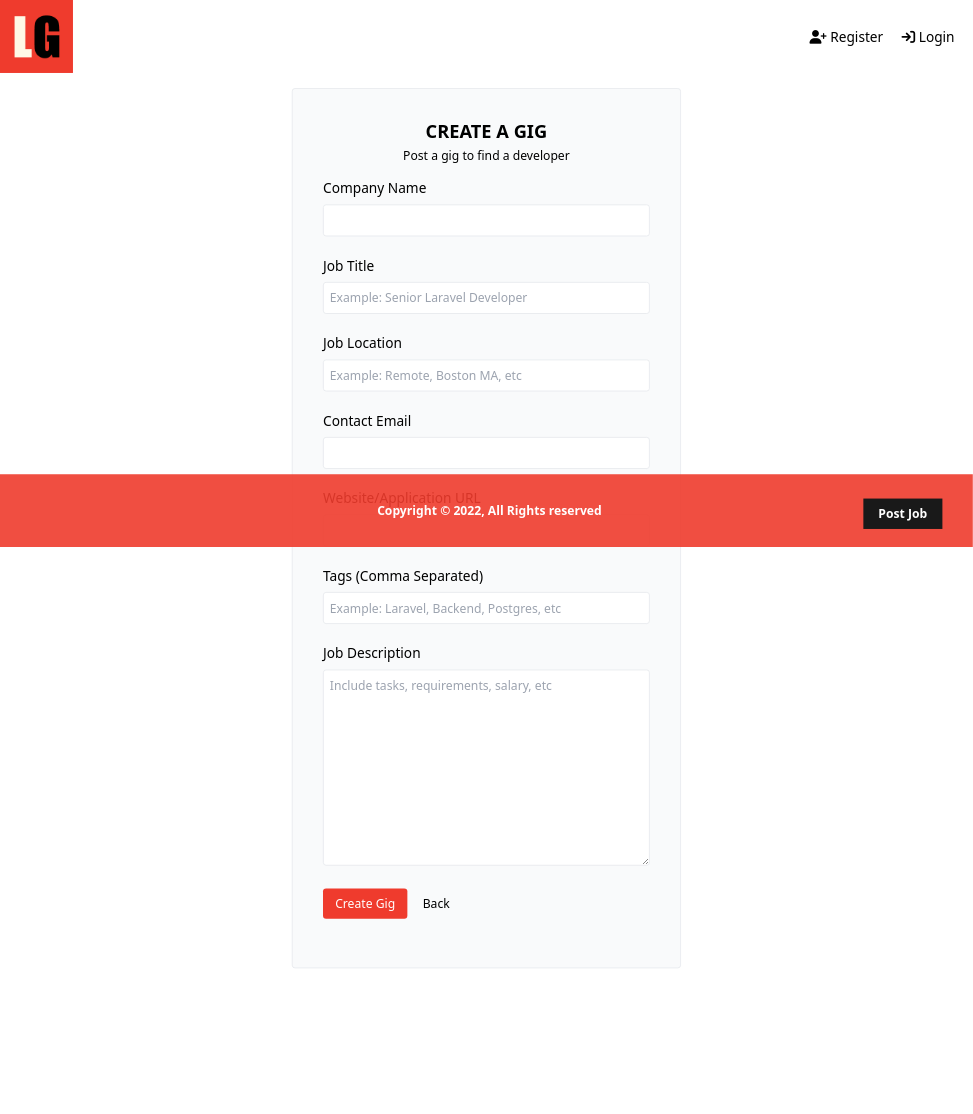
Repository: harvir619/jobListingLaravelWebsite
Page: http://localhost/listings/create
An editor plug-in stored every save of this project. The page is shown before and after the next save, followed by the edit.
The browser window is 1280 px wide. The pictures show the whole page, at 76% of full size.
Some web libraries are served in a nearby version. The page is served by the project's Laravel application, run on PHP 8.4 with Laravel 9. Other server files are loaded and not shown.

Above is the page before, as saved 2022-07-21 11:55:38.

### app/Providers/AppServiceProvider.php
<?php

namespace App\Providers;

use Illuminate\Database\Eloquent\Model;
use Illuminate\Support\ServiceProvider;

class AppServiceProvider extends ServiceProvider
{
    /**
     * Register any application services.
     *
     * @return void
     */
    public function register()
    {
        //
    }

    /**
     * Bootstrap any application services.
     *
     * @return void
     */
    public function boot()
    {
        Model::unguard();
    }
}

### routes/web.php
<?php

use App\Http\Controllers\ListingController;
use Illuminate\Http\Request;
use Illuminate\Support\Facades\Route;

/*
|--------------------------------------------------------------------------
| Web Routes
|--------------------------------------------------------------------------
|
| Here is where you can register web routes for your application. These
| routes are loaded by the RouteServiceProvider within a group which
| contains the "web" middleware group. Now create something great!
|
*/
//ALL Listings
Route::get('/', [ListingController::class,'index'] );


//Show Create Form
Route::get('/listings/create',[ListingController::class,'create']);

//Store Listing Data
Route::post('/listings',[ListingController::class,'store']);

//Single Listing
Route::get('/listings/{listing}',[ListingController::class,'show']);













// Route::get("/hello",function(){
//     return response('<h1>Hello</h1>',200)
//     ->header('Content-Type','text/plain')
//     ->header('foo','bar');
// });

// Route::get("/posts/{id}",function($id){
//     ddd($id);
//     return response('Post'.$id);
// })->where('id','[0-9]+');

// Route::get('/search',function(Request $request){
//     dd($request->name.'   '.$request->city);
// });



// Route::get('/listings/{id}',function($id){
//     $listing =ModelsListing::find($id);
//     if($listing){
//         return view('listing',['listing'=>$listing,]);
//     } else{ abort('404'); }});

### app/Http/Controllers/ListingController.php
<?php

namespace App\Http\Controllers;

use App\Models\Listing;
use Illuminate\Http\Request;
use Illuminate\Validation\Rule;

class ListingController extends Controller
{
    //Get and Show All Listings
    public function index()
    {
        //dd(request('tag'));
        return view(
            'listings.index',
            [
                'heading' => 'Latest Gigs',
                'listings' => Listing::latest()->filter(request(['tag', 'search']))->paginate(6),

            ]
        );
    }
    //Show Single Listing
    public function show(Listing $listing)
    {
        return view('listings.show', ['listing' => $listing,]);
    }


    //Show Create Form
    public function create()
    {
        return view('listings.create');
    }

    //Store Form Listing Data
    public function store(Request $request)
    {
        $formFields = $request->validate([
            'title' => 'required',
            'company' => ['required', Rule::unique('listings', 'company')],
            'location' => 'required',
            'website' => 'required',
            'email' => ['required', 'email'],
            'tags' => 'required',
            'description' => 'required'

        ]);

        Listing::create($formFields);


        return redirect('/')->with('message', 'Listing created Successfully!');
    }
}

### resources/views/listings/create.blade.php
@extends('components.layout')

@section('content')
<div class="bg-gray-50 border border-gray-200 p-10 rounded max-w-lg mx-auto mt-5">
    <header class="text-center">
        <h2 class="text-2xl font-bold uppercase mb-1">
            Create a Gig
        </h2>
        <p class="mb-4">Post a gig to find a developer</p>
    </header>

    <form method="POST" action="/listings">
        @csrf
        <div class="mb-6">
            <label for="company" class="inline-block text-lg mb-2">Company Name</label>
            <input type="text" class="border border-gray-200 rounded p-2 w-full" name="company" value="{{ old('company') }}" />


       @error('company')
       <p class="text-red-500 text-xs mt-1">{{ $message }}</p>
       @enderror
        </div>

        <div class="mb-6">
            <label for="title" class="inline-block text-lg mb-2">Job Title</label>
            <input type="text" class="border border-gray-200 rounded p-2 w-full" name="title" value="{{ old('title') }}"
                placeholder="Example: Senior Laravel Developer" />
                @error('title')
                <p class="text-red-500 text-xs mt-1">{{ $message }}</p>
                @enderror
        </div>

        <div class="mb-6">
            <label for="location" class="inline-block text-lg mb-2">Job Location</label>
            <input type="text" class="border border-gray-200 rounded p-2 w-full" name="location" value="{{ old('location') }}"
                placeholder="Example: Remote, Boston MA, etc" />
                @error('location')
                <p class="text-red-500 text-xs mt-1">{{ $message }}</p>
                @enderror
        </div>

        <div class="mb-6">
            <label for="email" class="inline-block text-lg mb-2">Contact Email</label>
            <input type="text" class="border border-gray-200 rounded p-2 w-full" name="email" value="{{ old('email') }}" />
            @error('email')
            <p class="text-red-500 text-xs mt-1">{{ $message }}</p>
            @enderror

        </div>

        <div class="mb-6">
            <label for="website" class="inline-block text-lg mb-2">
                Website/Application URL
            </label>
            <input type="text" class="border border-gray-200 rounded p-2 w-full" name="website" value="{{ old('website') }}" />
            @error('website')
            <p class="text-red-500 text-xs mt-1">{{ $message }}</p>
            @enderror
        </div>

        <div class="mb-6">
            <label for="tags" class="inline-block text-lg mb-2">
                Tags (Comma Separated)
            </label>
            <input type="text" class="border border-gray-200 rounded p-2 w-full" name="tags" value="{{ old('tags') }}"
                placeholder="Example: Laravel, Backend, Postgres, etc" />
                @error('tags')
                <p class="text-red-500 text-xs mt-1">{{ $message }}</p>
                @enderror
        </div>

        {{-- <div class="mb-6">
            <label for="logo" class="inline-block text-lg mb-2">
                Company Logo
            </label>
            <input type="file" class="border border-gray-200 rounded p-2 w-full" name="logo" value="{{ old('logo') }}" />
        </div> --}}

        <div class="mb-6">
            <label for="description" class="inline-block text-lg mb-2">
                Job Description
            </label>
            <textarea class="border border-gray-200 rounded p-2 w-full" name="description" rows="10" value="{{ old('description') }}"
                placeholder="Include tasks, requirements, salary, etc"></textarea>
                @error('description')
                <p class="text-red-500 text-xs mt-1">{{ $message }}</p>
                @enderror
        </div>

        <div class="mb-6">
            <button class="bg-laravel text-white rounded py-2 px-4 hover:bg-black">
                Create Gig
            </button>

            <a href="/" class="text-black ml-4"> Back </a>
        </div>
    </form>
</div>

@endsection

### resources/views/components/layout.blade.php
<!DOCTYPE html>
<html lang="en">
    <head>
        <meta charset="UTF-8" />
        <meta http-equiv="X-UA-Compatible" content="IE=edge" />
        <meta name="viewport" content="width=device-width, initial-scale=1.0" />
        <link rel="icon" href="images/favicon.ico" />
        <script src="//unpkg.com/alpinejs" defer></script>

        <link
            rel="stylesheet"
            href="https://cdnjs.cloudflare.com/ajax/libs/font-awesome/6.1.1/css/all.min.css"
            integrity="sha512-KfkfwYDsLkIlwQp6LFnl8zNdLGxu9YAA1QvwINks4PhcElQSvqcyVLLD9aMhXd13uQjoXtEKNosOWaZqXgel0g=="
            crossorigin="anonymous"
            referrerpolicy="no-referrer"
        />
        <script src="https://cdn.tailwindcss.com"></script>
        <script>
            tailwind.config = {
                theme: {
                    extend: {
                        colors: {
                            laravel: "#ef3b2d",
                        },
                    },
                },
            };
        </script>
        <title>LaraGigs | Find Laravel Jobs & Projects</title>
    </head>
    <body class="mb-48">
        <nav class="flex justify-between items-center mb-4">
            <a href="/"
                ><img class="w-24" src="{{ asset('images/logo.png') }}" alt="" class="logo"
            /></a>
            <ul class="flex space-x-6 mr-6 text-lg">
                <li>
                    <a href="register.html" class="hover:text-laravel"
                        ><i class="fa-solid fa-user-plus"></i> Register</a
                    >
                </li>
                <li>
                    <a href="login.html" class="hover:text-laravel"
                        ><i class="fa-solid fa-arrow-right-to-bracket"></i>
                        Login</a
                    >
                </li>
            </ul>
        </nav>
        @yield('content')
</main>

<footer
    class="fixed bottom-0 left-0 w-full flex items-center justify-start font-bold bg-laravel text-white h-24 mt-24 opacity-90 md:justify-center"
>
    <p class="ml-2">Copyright &copy; 2022, All Rights reserved</p>

    <a
        href="/listings/create"
        class="absolute top-1/3 right-10 bg-black text-white py-2 px-5"
        >Post Job</a
    >
</footer>
<x-flash-message/>
</body>
</html>

### resources/views/components/flash-message.blade.php
@if (session()->has('message'))
    <div x=data="{show:true}" x-init="setTimeout(() => show = false, 3000)" x-show="show"
        class="fixed top-0 left-1/2 transform -translate-x-1/2 bg-laravel text-white px-48 py-3">
        <p>{{ session('message') }}</p>
    </div>
@endif

Loaded but not shown: app/Http/Controllers/Controller.php (common file)

After the next save:
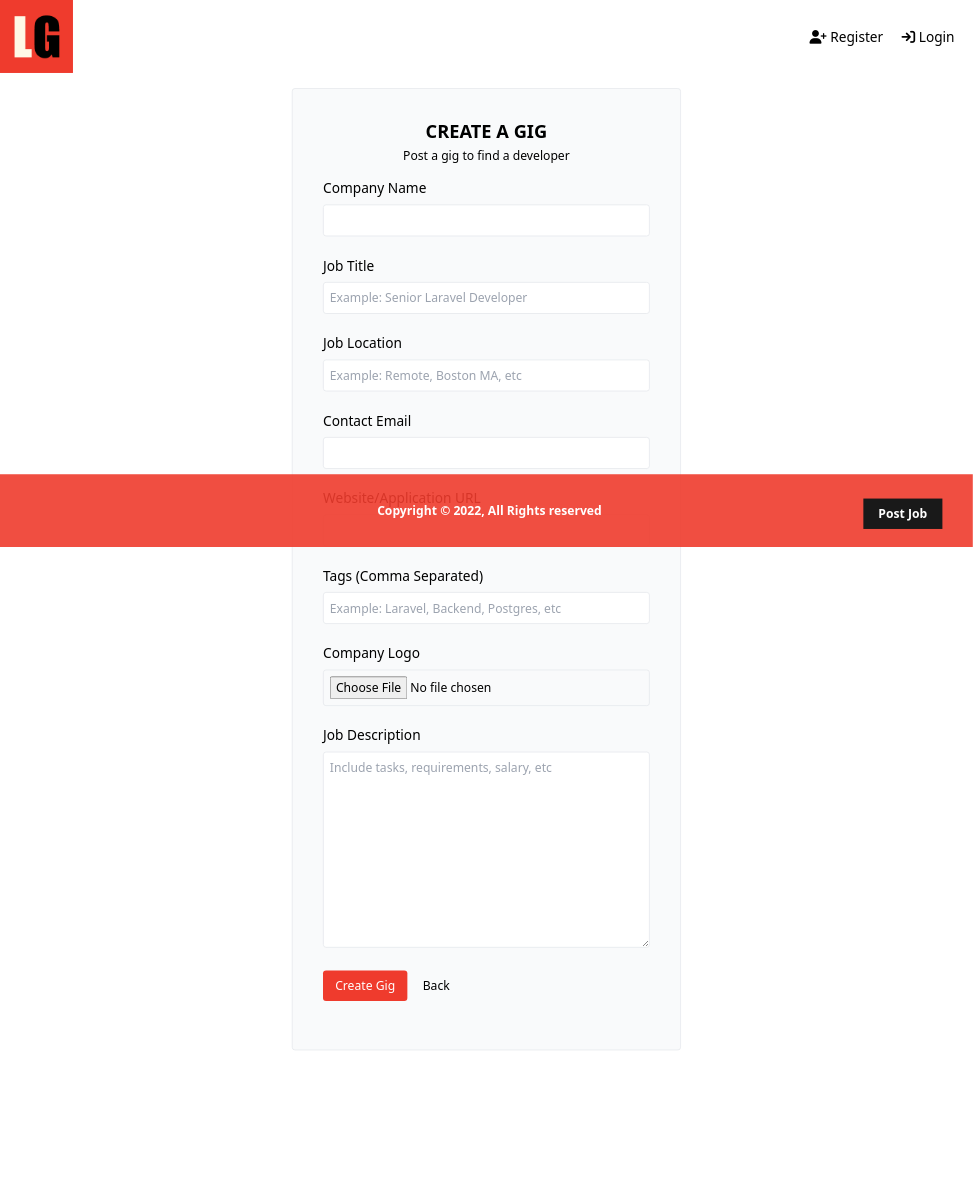
Saved 3 h 30 min later.
--- a/resources/views/listings/create.blade.php
+++ b/resources/views/listings/create.blade.php
@@ -69,12 +69,12 @@
                 @enderror
         </div>
 
-        {{-- <div class="mb-6">
+        <div class="mb-6">
             <label for="logo" class="inline-block text-lg mb-2">
                 Company Logo
             </label>
             <input type="file" class="border border-gray-200 rounded p-2 w-full" name="logo" value="{{ old('logo') }}" />
-        </div> --}}
+        </div>
 
         <div class="mb-6">
             <label for="description" class="inline-block text-lg mb-2">
